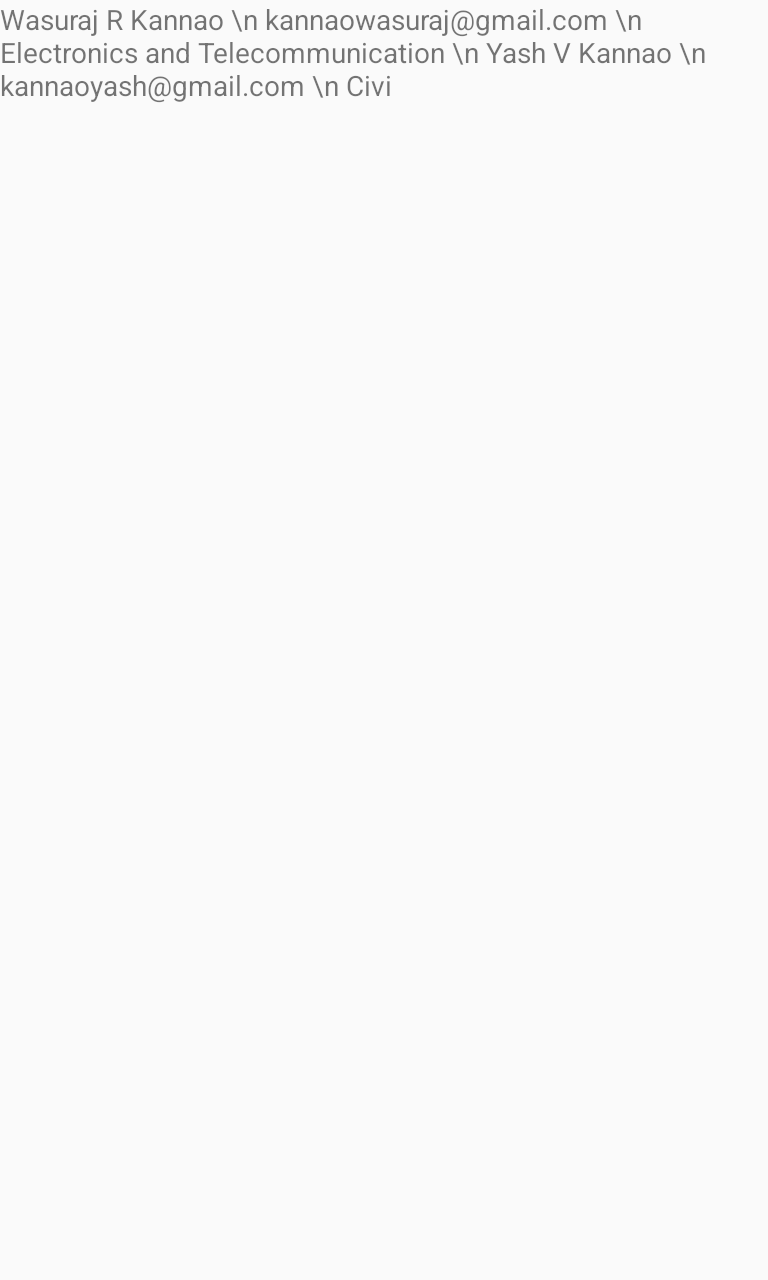
Repository: Attaphon1996/Engineering-Stuff
Layout: OSource/Android Play/Android_Projects/YASH15.0/res/layout/designer.xml
The author's editor kept a copy of each file at every save. The layout is drawn from the files as they stood at one save, then again after the next save.
It is drawn on a 768 x 1280 px phone screen (xhdpi) without system bars, with theme AppTheme; the app's code is not run.

Above is the layout before, as saved 2015-02-10 09:48:04.

### OSource/Android Play/Android_Projects/YASH15.0/res/layout/designer.xml
<?xml version="1.0" encoding="utf-8"?>
<LinearLayout xmlns:android="http://schemas.android.com/apk/res/android"
    xmlns:tools="http://schemas.android.com/tools"
    android:layout_width="match_parent"
    android:layout_height="match_parent"
    android:orientation="vertical" >

    <TextView
        android:id="@+id/designer"
        android:layout_width="wrap_content"
        android:layout_height="wrap_content"
        android:text="Wasuraj R Kannao \n kannaowasuraj@gmail.com \n Electronics and Telecommunication \n Yash V Kannao \n kannaoyash@gmail.com \n Civi"
        tools:ignore="HardcodedText" />

</LinearLayout>

Loaded but not shown: OSource/Android Play/Android_Projects/YASH15.0/res/values/styles.xml (common file); OSource/Android Play/Android_Projects/YASH15.0/res/values-v11/styles.xml (common file); OSource/Android Play/Android_Projects/YASH15.0/res/values-v14/styles.xml (common file)

After the next save:
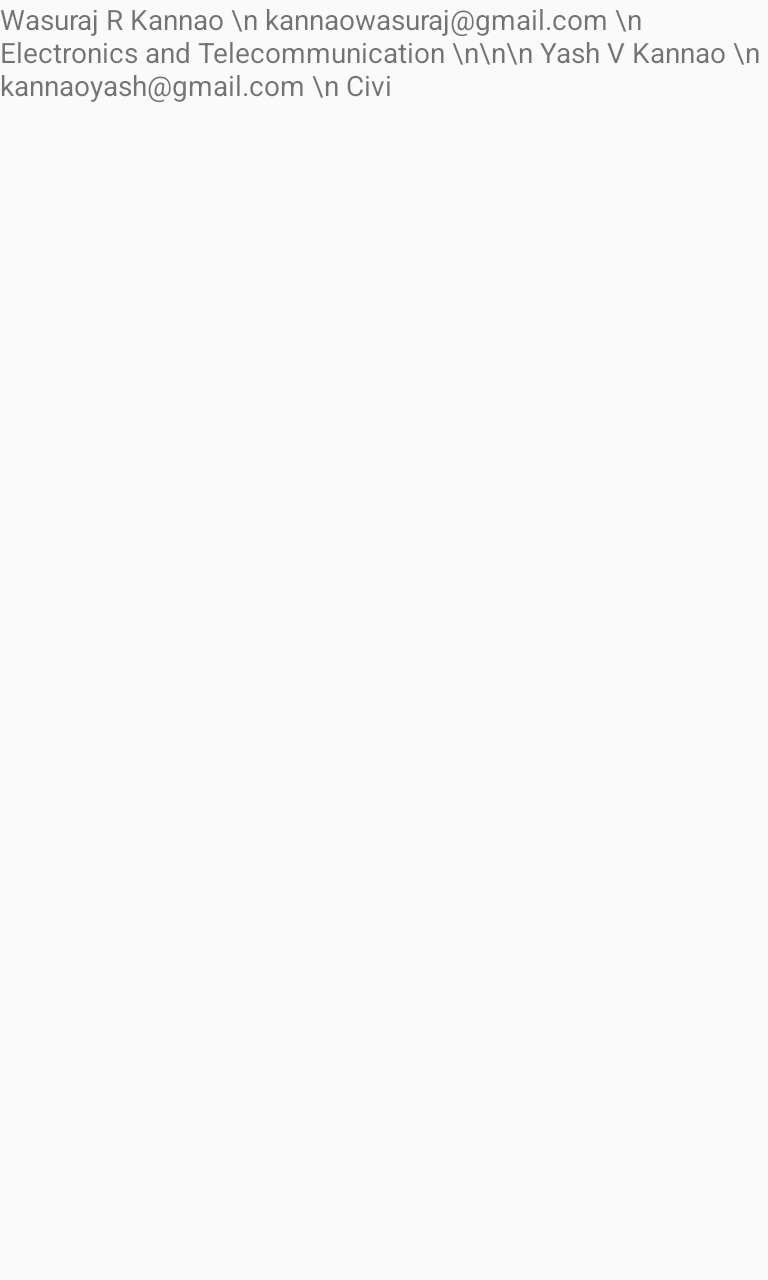
Saved 13 s later.
--- a/OSource/Android Play/Android_Projects/YASH15.0/res/layout/designer.xml
+++ b/OSource/Android Play/Android_Projects/YASH15.0/res/layout/designer.xml
@@ -9,7 +9,7 @@
         android:id="@+id/designer"
         android:layout_width="wrap_content"
         android:layout_height="wrap_content"
-        android:text="Wasuraj R Kannao \n kannaowasuraj@gmail.com \n Electronics and Telecommunication \n Yash V Kannao \n kannaoyash@gmail.com \n Civi"
+        android:text="Wasuraj R Kannao \n kannaowasuraj@gmail.com \n Electronics and Telecommunication \n\n\n Yash V Kannao \n kannaoyash@gmail.com \n Civi"
         tools:ignore="HardcodedText" />
 
 </LinearLayout>
